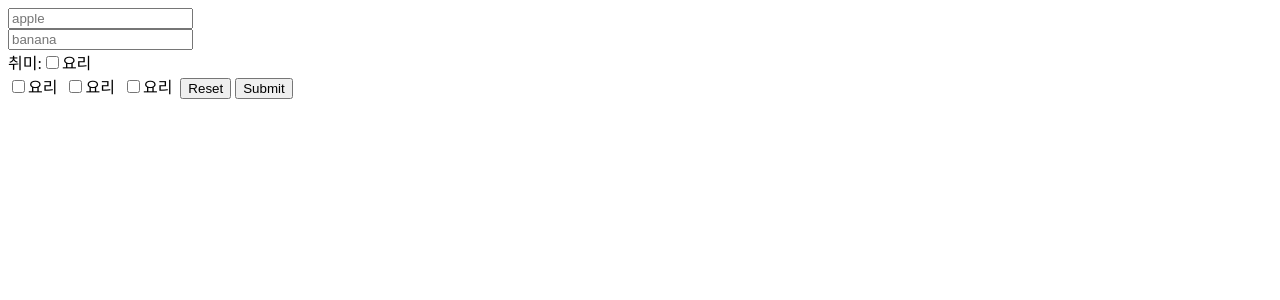
Repository: djdh94/jsp_practice
Page: http://localhost/JSPBasic/jspObject/3.cookie/test.jsp
The author's editor kept a copy of each file at every save. The page is drawn from the files as they stood at one save, then again after the next save.
The browser window is 1280 px wide. The pictures show the whole page.
The page is served by Tomcat 9. Other server files are loaded and not shown.

Above is the page before, as saved 2022-02-05 04:02:12.

### JSPBasic/src/main/webapp/jspObject/3.cookie/test.jsp
<%@page import="java.util.Date"%>
<%@page import="java.util.ArrayList"%>
<%@page import="java.util.List"%>
<%@ page language="java" contentType="text/html; charset=UTF-8"
    pageEncoding="UTF-8"%>


<!DOCTYPE html>
<html>
<head>
<meta charset="UTF-8">
<title>Insert title here</title>
</head>
<body>
	<form action="test2.jsp" method="get">
	<input type="text" name="apple" placeholder="apple"/><br/>
	<input type="password" name="banana" placeholder="banana"/><br/>
	취미:<input type="checkbox" name="hobby">요리&nbsp;<br/>
	<input type="checkbox" name="hobby">요리&nbsp;
	<input type="checkbox" name="hobby">요리&nbsp;
	<input type="checkbox" name="hobby">요리&nbsp;
	<input type="reset"/>
	<input type="submit"/>
	</form>
</body>
</html>

After the next save:
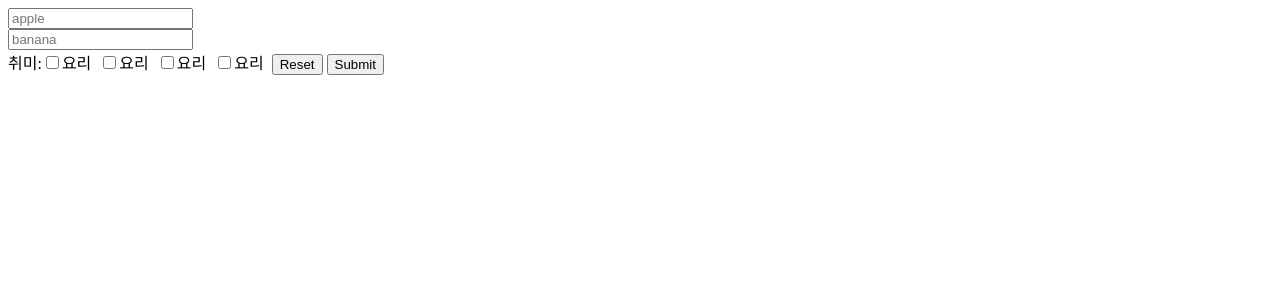
Saved 13 s later.
--- a/JSPBasic/src/main/webapp/jspObject/3.cookie/test.jsp
+++ b/JSPBasic/src/main/webapp/jspObject/3.cookie/test.jsp
@@ -15,7 +15,7 @@
 	<form action="test2.jsp" method="get">
 	<input type="text" name="apple" placeholder="apple"/><br/>
 	<input type="password" name="banana" placeholder="banana"/><br/>
-	취미:<input type="checkbox" name="hobby">요리&nbsp;<br/>
+	취미:<input type="checkbox" name="hobby">요리&nbsp;
 	<input type="checkbox" name="hobby">요리&nbsp;
 	<input type="checkbox" name="hobby">요리&nbsp;
 	<input type="checkbox" name="hobby">요리&nbsp;
